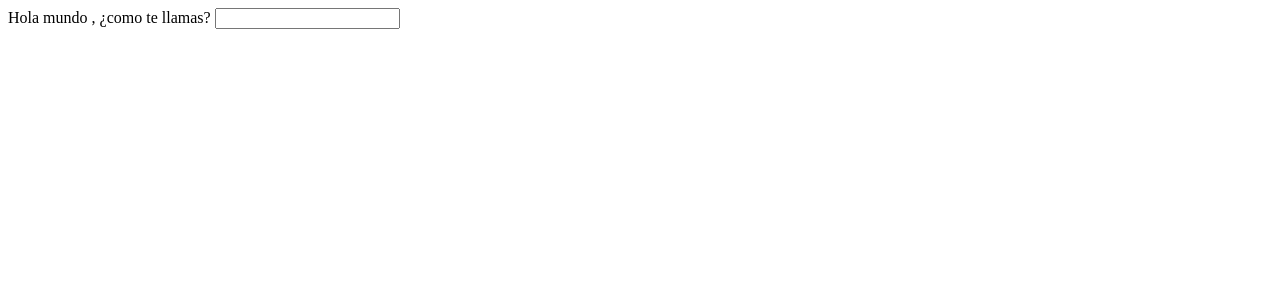
Repository: josevazquez99/DesarrolloWebEnEntornoServidor
Page: HolaMundo/src/main/webapp/Index.html
These files come from the project's save history. The page is drawn as it stood at one moment and after the next save; the edit follows.
The browser window is 1280 px wide. The pictures show the whole page.

Above is the page before, as saved 2023-09-22 07:50:41.

After the next save:
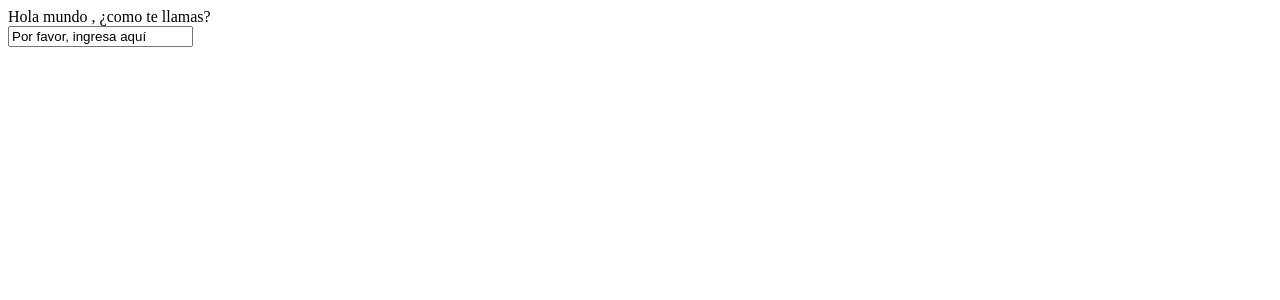
Saved 2 min 34 s later.
--- a/HolaMundo/src/main/webapp/Index.html
+++ b/HolaMundo/src/main/webapp/Index.html
@@ -7,8 +7,11 @@
 <body>
 Hola mundo , ¿como te llamas?
 
-<input></input>
+<form method="post" action="action.php">
 
+     <input name="ingresatexto" type="text" value="Por favor, ingresa aquí" />
+
+</form>
 
 </body>
 </html>
